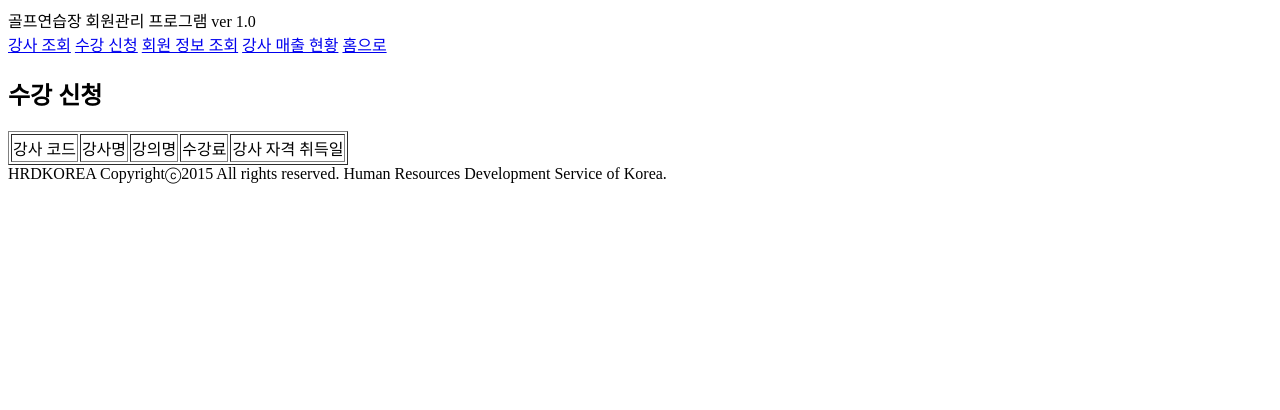
Repository: wwwxsv19/HRDkorea
Page: http://localhost/golf/insert.jsp
An editor plug-in stored every save of this project. The page is shown before and after the next save, followed by the edit.
The browser window is 1280 px wide. The pictures show the whole page.
The page is served by Tomcat 9. Queries for data that is not in the repository find no rows.

Above is the page before, as saved 2024-06-25 08:07:44.

### golf/golf/src/main/webapp/insert.jsp
<%@ include file="db.jsp" %>
<%@ page language="java" contentType="text/html; charset=UTF-8"
    pageEncoding="UTF-8"%>
<!DOCTYPE html>
<html>
<head>
	<meta charset="UTF-8">
	<title>insert</title>
	<link rel="stylesheet" href="style.css">
</head>
<body>
<script type="text/javascript" src="check.js"></script>
<jsp:include page="header.jsp"></jsp:include>
<section>
	<h1>수강 신청</h1>
	<table border=1>
		<tr>
			<td>강사 코드</td>
			<td>강사명</td>
			<td>강의명</td>
			<td>수강료</td>
			<td>강사 자격 취득일</td>
		</tr>
		<%

		request.setCharacterEncoding("UTF-8");

		try {
			String query = "select * from coach";
			PreparedStatement pstmt = conn.prepareStatement(query);
			ResultSet rs = pstmt.executeQuery();

			while(rs.next()) {
				String ct = rs.getString(4);
				String cost = "￦" + ct.substring(0, 3) + "," + ct.substring(3, 6);

				String dt = rs.getString(5);
				String date = dt.substring(0, 4) + "년" + dt.substring(4, 6) + "월" + dt.substring(6, 8) + "일";

				%>

				<tr>
					<td><%= rs.getString(1) %></td>
					<td><%= rs.getString(2) %></td>
					<td><%= rs.getString(3) %></td>
					<td><%= cost %></td>
					<td><%= date %></td>
				</tr>

				<%
			}

		} catch(Exception e) {
			e.printStackTrace();
		}

		%>
	</table>
</section>
<jsp:include page="footer.jsp"></jsp:include>
</body>
</html>

### golf/golf/src/main/webapp/db.jsp
<%@ page import="java.sql.*" %>
<%@ page language="java" contentType="text/html; charset=UTF-8"
    pageEncoding="UTF-8"%>
<%

Class.forName("oracle.jdbc.OracleDriver");
Connection conn = DriverManager.getConnection(
		"jdbc:oracle:thin:@//localhost:1521/xe", "system", "1234");

%>

### golf/golf/src/main/webapp/header.jsp
<%@ include file="db.jsp" %>
<%@ page language="java" contentType="text/html; charset=UTF-8"
    pageEncoding="UTF-8"%>
<!DOCTYPE html>
<html>
<head>
	<meta charset="UTF-8">
</head>
<body>
<header>골프연습장 회원관리 프로그램 ver 1.0</header>
<nav>
	<a href="list.jsp">강사 조회</a>
	<a href="insert.jsp">수강 신청</a>
	<a href="info.jsp">회원 정보 조회</a>
	<a href="money.jsp">강사 매출 현황</a>
	<a href="index.jsp">홈으로</a>
</nav>
</body>
</html>

### golf/golf/src/main/webapp/footer.jsp
<%@ include file="db.jsp" %>
<%@ page language="java" contentType="text/html; charset=UTF-8"
    pageEncoding="UTF-8"%>
<!DOCTYPE html>
<html>
<head>
	<meta charset="UTF-8">
</head>
<body>
<footer>HRDKOREA Copyrightⓒ2015 All rights reserved. Human Resources Development Service of Korea.</footer>
</body>
</html>

Loaded but not shown: golf/golf/src/main/webapp/check.js (no copy from this time; the picture is the same without it); golf/golf/src/main/webapp/style.css (no copy from this time; the picture is the same without it)

After the next save:
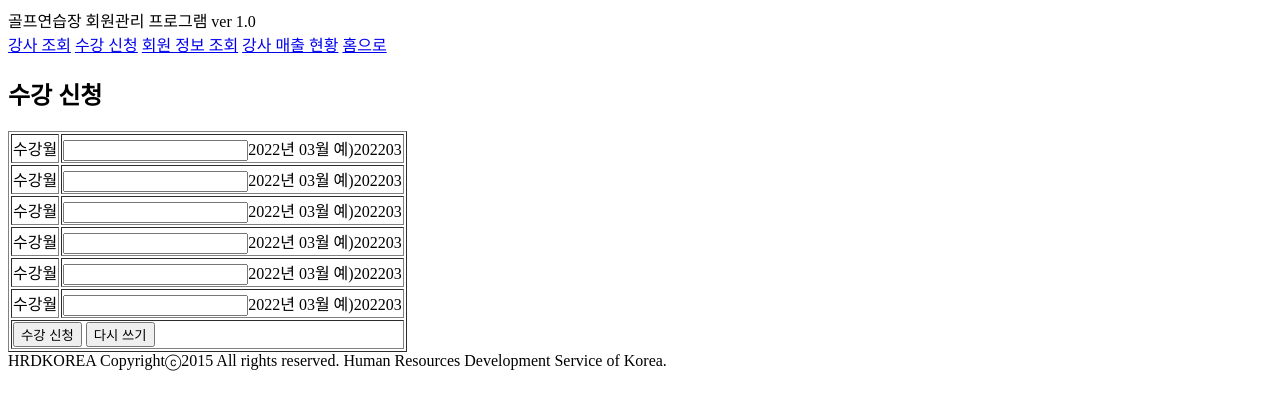
Saved 2 min 33 s later.
--- a/golf/golf/src/main/webapp/insert.jsp
+++ b/golf/golf/src/main/webapp/insert.jsp
@@ -13,49 +13,52 @@
 <jsp:include page="header.jsp"></jsp:include>
 <section>
 	<h1>수강 신청</h1>
-	<table border=1>
-		<tr>
-			<td>강사 코드</td>
-			<td>강사명</td>
-			<td>강의명</td>
-			<td>수강료</td>
-			<td>강사 자격 취득일</td>
-		</tr>
-		<%
-
-		request.setCharacterEncoding("UTF-8");
-
-		try {
-			String query = "select * from coach";
-			PreparedStatement pstmt = conn.prepareStatement(query);
-			ResultSet rs = pstmt.executeQuery();
-
-			while(rs.next()) {
-				String ct = rs.getString(4);
-				String cost = "￦" + ct.substring(0, 3) + "," + ct.substring(3, 6);
-
-				String dt = rs.getString(5);
-				String date = dt.substring(0, 4) + "년" + dt.substring(4, 6) + "월" + dt.substring(6, 8) + "일";
-
-				%>
-
-				<tr>
-					<td><%= rs.getString(1) %></td>
-					<td><%= rs.getString(2) %></td>
-					<td><%= rs.getString(3) %></td>
-					<td><%= cost %></td>
-					<td><%= date %></td>
-				</tr>
-
-				<%
-			}
-
-		} catch(Exception e) {
-			e.printStackTrace();
-		}
-
-		%>
-	</table>
+	<form name="frm" action="action.jsp" method="get">
+		<table border=1>
+			<tr>
+				<td>수강월</td>
+				<td>
+					<input type="text" name="month">2022년 03월 예)202203
+				</td>
+			</tr>
+			<tr>
+				<td>수강월</td>
+				<td>
+					<input type="text" name="month">2022년 03월 예)202203
+				</td>
+			</tr>
+			<tr>
+				<td>수강월</td>
+				<td>
+					<input type="text" name="month">2022년 03월 예)202203
+				</td>
+			</tr>
+			<tr>
+				<td>수강월</td>
+				<td>
+					<input type="text" name="month">2022년 03월 예)202203
+				</td>
+			</tr>
+			<tr>
+				<td>수강월</td>
+				<td>
+					<input type="text" name="month">2022년 03월 예)202203
+				</td>
+			</tr>
+			<tr>
+				<td>수강월</td>
+				<td>
+					<input type="text" name="month">2022년 03월 예)202203
+				</td>
+			</tr>
+			<tr>
+				<td colspan=2>
+					<input type="button" value="수강 신청" onclick="check()">
+					<input type="button" value="다시 쓰기" onclick="res()">
+				</td>
+			</tr>
+		</table>
+	</form>
 </section>
 <jsp:include page="footer.jsp"></jsp:include>
 </body>
